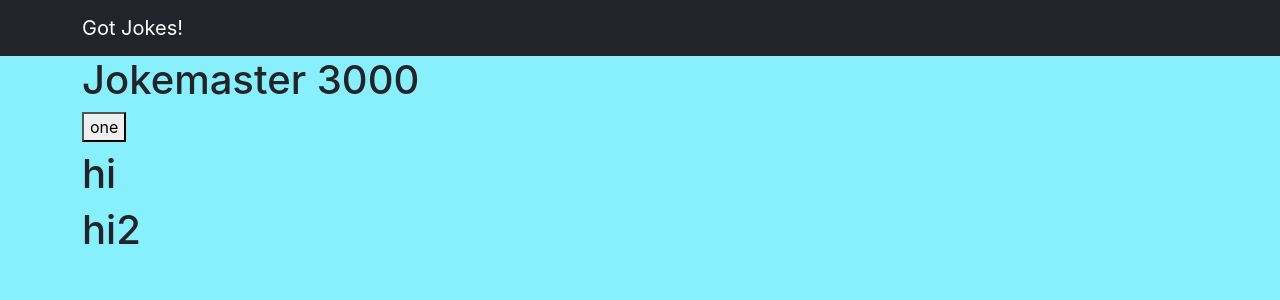
Repository: jontslater/LAB-joke-generator-react
Page: /
An editor plug-in stored every save of this project. The page is shown before and after the next save, followed by the edit.
The browser window is 1280 px wide. The pictures show the whole page.
The project was rebuilt for these pictures with package versions that can differ from the ones it lists, and the page was loaded fresh each time. The framework's server and built-in components were replaced by stand-ins that run in the browser. Also part of the build but not shown: next.config.js.

Above is the page before, as saved 2024-01-12 18:05:51.

After the next save:
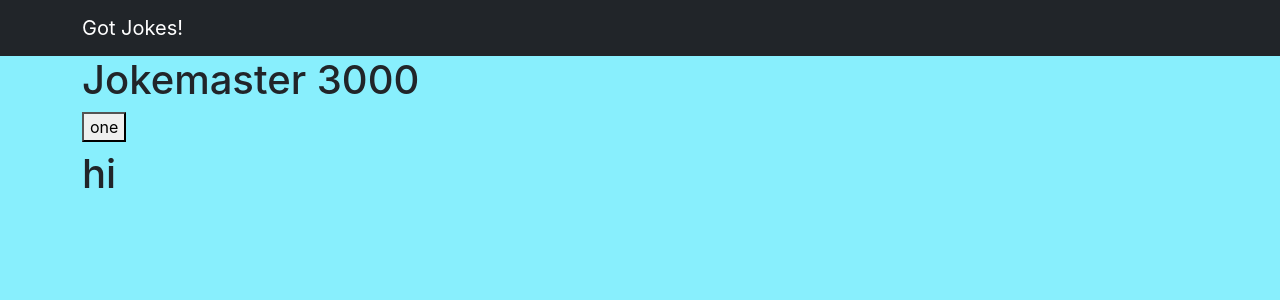
Saved 32 s later.
--- a/components/Jokes.js
+++ b/components/Jokes.js
@@ -35,7 +35,6 @@ function Jokes() {
         </button>
         )}
         <h1>{jokes.delivery}</h1>
-        <h1>hi2</h1>
         {active === 'ThirdCard' && (
         <button
           type="button"
